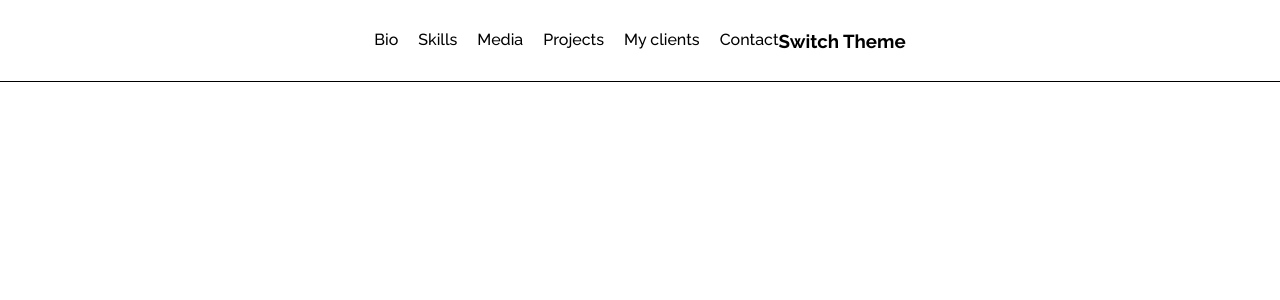
Repository: moataz305G/Personal-website
Page: index.html
These files come from the project's save history. The page is drawn as it stood at one moment and after the next save; the edit follows.
The browser window is 1280 px wide. The pictures show the whole page.

Above is the page before, as saved 2025-12-10 10:01:39.

After the next save:
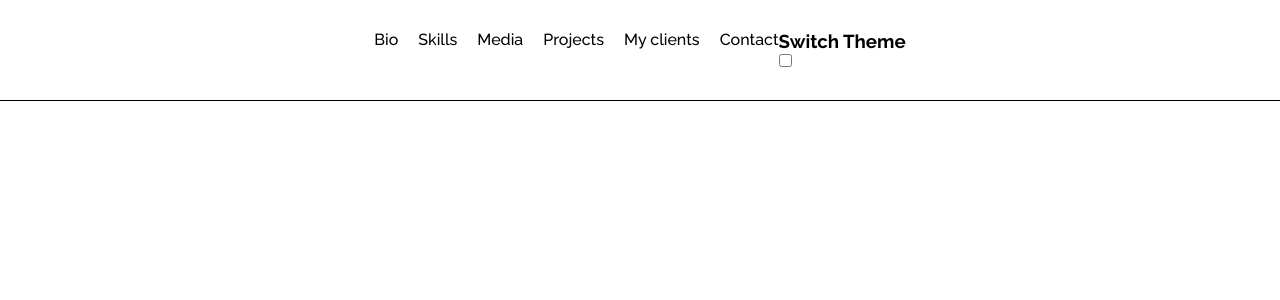
Saved 4 min 48 s later.
--- a/index.html
+++ b/index.html
@@ -30,6 +30,7 @@
 
         <div class="tageel">
           <h3 class="tageel__title">Switch Theme</h3>
+          <input type="checkbox" name="checkbox" id="" class="tageel__switch" />
         </div>
       </header>
     </div>
